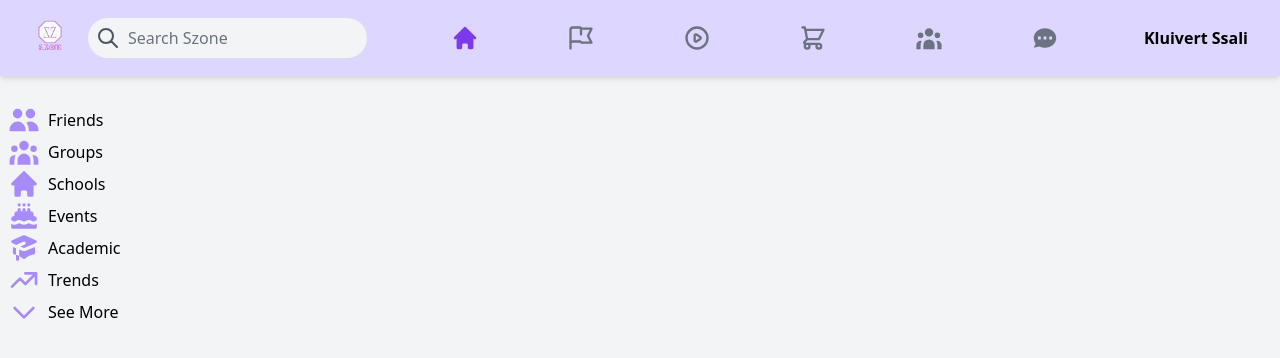
Repository: kluivert-ssali/sz-test
Page: /
These files come from the project's save history. The page is drawn as it stood at one moment and after the next save; the edit follows.
The browser window is 1280 px wide. The pictures show the whole page.
The page's requests for data from a server got no answer. The project was rebuilt for these pictures with package versions that can differ from the ones it lists, and the page was loaded fresh each time. The framework's server and built-in components were replaced by stand-ins that run in the browser. No one was signed in, and anything a server would have sent is missing. Also part of the build but not shown: next.config.js, components/Login.js.

Above is the page before, as saved 2021-11-07 15:17:10.

### pages/_app.js
import '../styles/globals.css';
import { Provider } from 'next-auth/client';

function MyApp({ Component, pageProps }) {
  return (
    <Provider session={pageProps.session}>
      <Component {...pageProps} />
    </Provider>


  );


}

export default MyApp

### pages/index.js
import Head from 'next/head';
import Header from '../components/Header';
import Login from '../components/Login';
import { getSession } from 'next-auth/client';
import Sidebar from '../components/Sidebar';



export default function Home({ session }) {
  //if (!session) return <Login />;
  return (
    <div className="h-screen bg-gray-100 overflow-hidden" >
      <Head>
        <title>Szone</title>
      </Head>

      {/* Header */}
      <Header />

      <main className="flex">
        {/* sidebar */}
        <Sidebar />
        {/* Feed */}
        {/* widgets */}
      </main>
    </div>


  )
}

export async function getServerSideProps(context) {
  // get the user
  const session = await getSession(context);

  return {
    props: {
      session
    }
  }
}

### styles/globals.css
@tailwind base;
@tailwind components;
@tailwind utilities;

/* @layer components {
    .icon {
        @apply hidden xl:inline-flex p-2 h-10 w-10 bg-gray-200 rounded-full text-gray-500 cursor-pointer hover:bg-gray-300;
    }
} */

### components/Header.js
import img from '../Logo/The zone logo.png';
import Image from "next/image";
import {
    BellIcon,
    ChatIcon,
    ChevronIcon,
    HomeIcon,
    UserGroupIcon,
    ViewGridIcon

} from "@heroicons/react/solid";
import {
    FlagIcon,
    PlayIcon,
    SearchIcon,
    ShoppingCartIcon,
} from "@heroicons/react/outline";
import HeaderIcon from "./HeaderIcon";
import { signOut, useSession } from 'next-auth/client';


function Header() {
    const [session] = useSession();



    return (
        <div className="sticky top-0 z-50 bg-purple-200 flex items-center p-2 lg:px-5 shadow-md">

            {/* left */}
            <div className="flex items-center">
                <Image
                 src={img}
                 width={60}
                 height={60}
                 layout="fixed"
                />
                <div className="flex ml-2 items-center rounded-full bg-gray-100 p-2">
                    <SearchIcon className="h-6 text-gray-600" />
                    <input className="hidden md:inline-flex ml-2 items-center bg-transparent outline-none placeholder-gray-500 flex-shrink" type="text" placeholder="Search Szone"/>
                </div>
            </div>

            {/* center */}
            <div className="flex justify-center flex-grow">
                <div className="flex space-x-6 md:space-x-2">
                    <HeaderIcon active Icon={HomeIcon} />
                    <HeaderIcon Icon={FlagIcon} />
                    <HeaderIcon Icon={PlayIcon} />
                    <HeaderIcon Icon={ShoppingCartIcon} />
                    <HeaderIcon Icon={UserGroupIcon} />
                    <HeaderIcon Icon={ChatIcon} />

                </div>
            </div>

            {/* right */}
            <div className="flex items-center sm:space-x-2 justify-end">
                {/* profile pic */}
                {/* <Image
                  onClick={signOut}
                  className="rounded-full cursor-pointer"
                //   src={session.user.image}
                  width="40"
                  height="40"
                  layout="fixed"
                /> */}

                <p className="whitespace-nowrap font-semibold pr-3">Kluivert Ssali</p>


            </div>

        </div>
    )
}

export default Header

### components/Sidebar.js
import { useSession } from 'next-auth/client';
import {
    TrendingUpIcon,
    ChevronDownIcon,


} from "@heroicons/react/outline";
import {
    HomeIcon,
    AcademicCapIcon,
    UsersIcon,
    CakeIcon,
    UserGroupIcon,


} from "@heroicons/react/solid";
import SidebarRow from './SidebarRow';


function Sidebar() {
    return (
        <div className="p-2 mt-5 max-w-[600px] xl:min-w-[300px]">
            <SidebarRow  Icon={UsersIcon} title="Friends" />
            <SidebarRow  Icon={UserGroupIcon} title="Groups" />
            <SidebarRow  Icon={HomeIcon} title="Schools" />
            <SidebarRow  Icon={CakeIcon} title="Events" />
            <SidebarRow  Icon={AcademicCapIcon} title="Academic" />
            <SidebarRow  Icon={TrendingUpIcon} title="Trends" />
            <SidebarRow  Icon={ChevronDownIcon} title="See More" />


        </div>
    )
}


export default Sidebar

### components/HeaderIcon.js
function HeaderIcon({ Icon, active }) {
    return (
        <div className="flex items-center cursor-pointer md:px-10 sm:h-14
        md:hover:bg-gray-100
        rounded-xl
        active:border-b-2
        active:border-purple-600
        group
        ">
            <Icon className={`h-5 text-gray-500 text-center sm:h-7 mx-auto group-hover:text-purple-600 ${ active && "text-purple-600" }`} />
        </div>
    )
}

export default HeaderIcon

### components/SidebarRow.js
function SidebarRow({ Icon, title }) {
    return (
        <div className="flex items-center space-x-2 hover:bg-gray-200 rounded-xl cursor-pointer">
            {
                Icon && <Icon className="h-8 w-8 text-purple-400" />
            }
            <p className="hidden sm:inline-flex font-medium">
                {title}
            </p>
        </div>
    )
}

export default SidebarRow

Loaded but not shown: tailwind.config.js (common file)

After the next save:
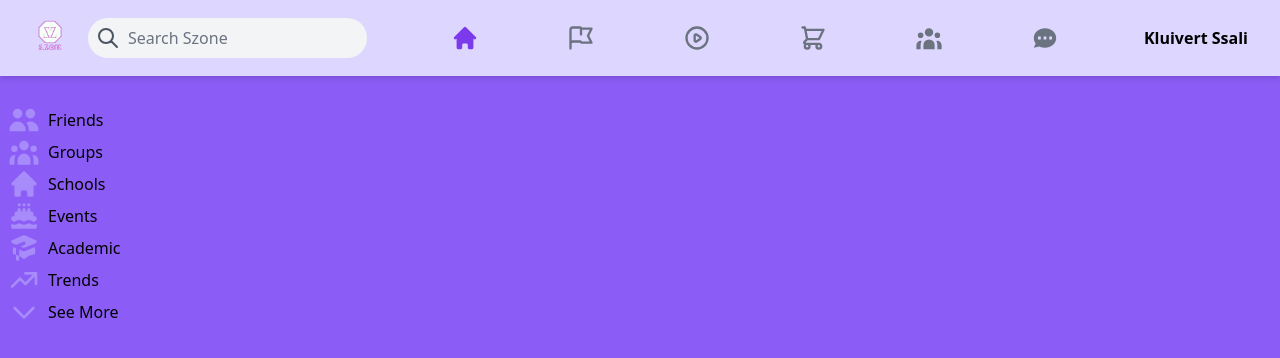
Saved 30 s later.
--- a/pages/index.js
+++ b/pages/index.js
@@ -9,7 +9,7 @@
 export default function Home({ session }) {
   //if (!session) return <Login />;
   return (
-    <div className="h-screen bg-gray-100 overflow-hidden" >
+    <div className="h-screen bg-purple-500 overflow-hidden" >
       <Head>
         <title>Szone</title>
       </Head>

After the save that followed:
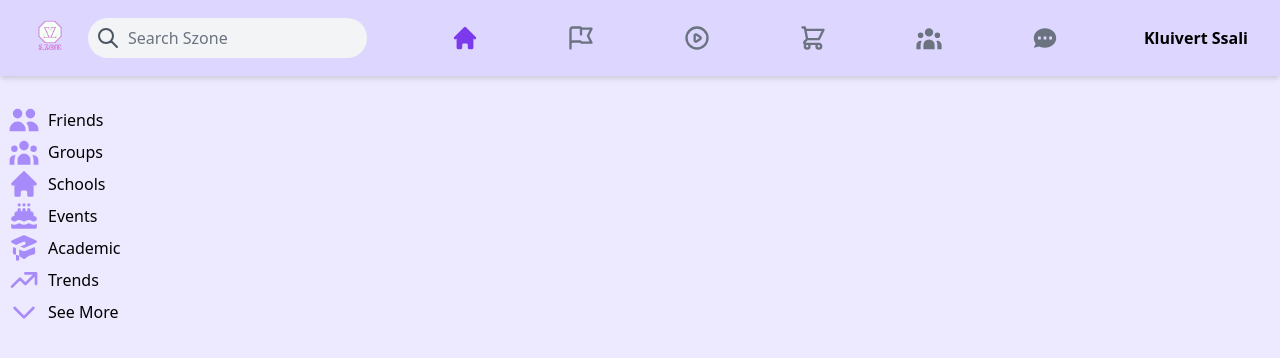
Saved 16 s later.
--- a/pages/index.js
+++ b/pages/index.js
@@ -9,7 +9,7 @@
 export default function Home({ session }) {
   //if (!session) return <Login />;
   return (
-    <div className="h-screen bg-purple-500 overflow-hidden" >
+    <div className="h-screen bg-purple-100 overflow-hidden" >
       <Head>
         <title>Szone</title>
       </Head>
